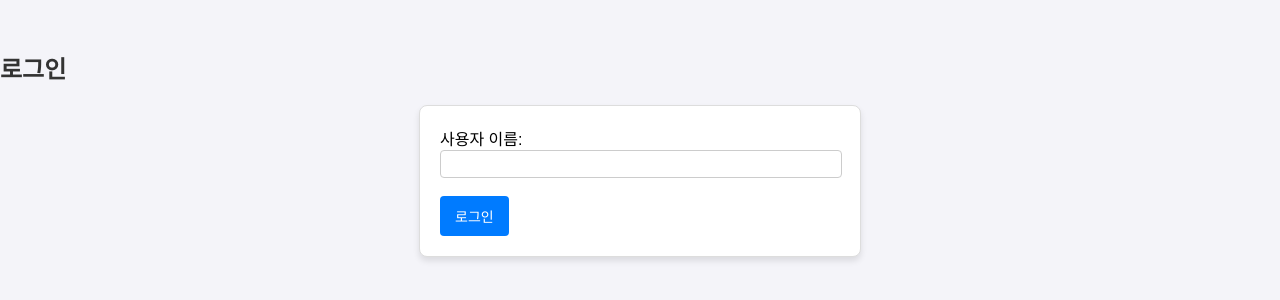
Repository: topblame/Bootcamp
Page: http://localhost/JSP_250408/chapter01/07_productlogin.jsp
The author's editor kept a copy of each file at every save. The page is drawn from the files as they stood at one save, then again after the next save.
The browser window is 1280 px wide. The pictures show the whole page.
The page is served by Tomcat 9.

Above is the page before, as saved 2025-06-25 01:13:35.

After the next save:
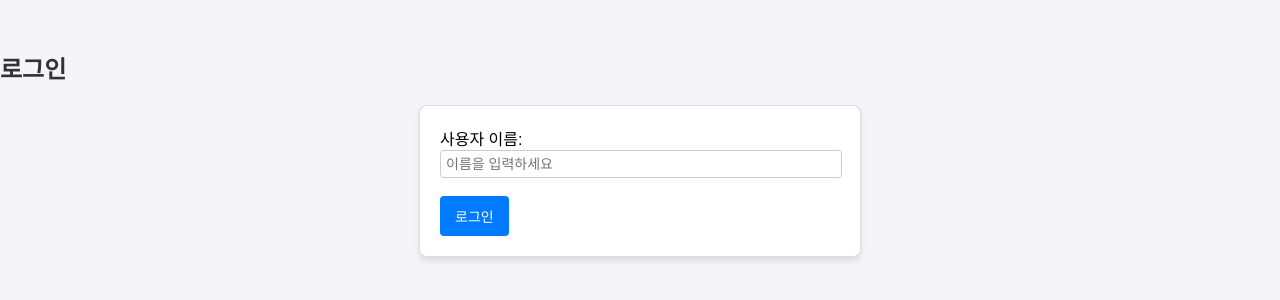
Saved 41 s later.
--- a/WebMvc/JSP_250408/src/main/webapp/chapter01/07_productlogin.jsp
+++ b/WebMvc/JSP_250408/src/main/webapp/chapter01/07_productlogin.jsp
@@ -12,7 +12,7 @@
 		<h2>로그인</h2>
 		<form action="POST" action = "selectProduct.jsp">
 			<label> 사용자 이름: </label>
-			<input type ="text" name= "username" placeholer ="이름을 입력하세요" required /><br><br>
+			<input type ="text" name= "username" placeholder ="이름을 입력하세요" required /><br><br>
 			<input type = "submit" value = "로그인" />
 		</form>
 	</div>
